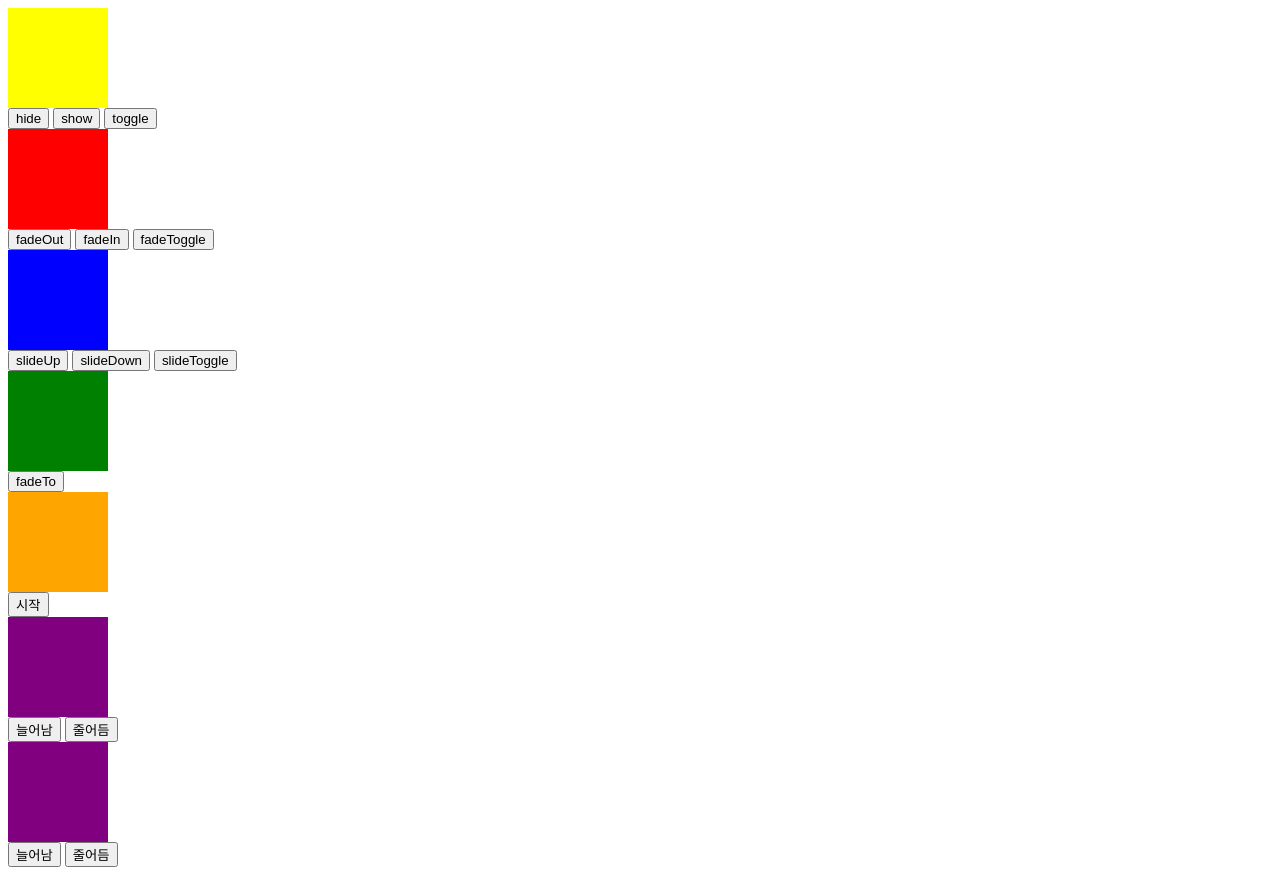
Repository: mjh1583/Hustar03_eGov
Page: http://localhost/JavaScript/js011.jsp
An editor plug-in stored every save of this project. The page is shown before and after the next save, followed by the edit.
The browser window is 1280 px wide. The pictures show the whole page.
The page is served by Tomcat 9.

Above is the page before, as saved 2021-05-07 01:41:37.

### workspace/JavaScript/src/main/webapp/js011.jsp
<%@ page language="java" contentType="text/html; charset=UTF-8"
    pageEncoding="UTF-8"%>
<!DOCTYPE html>
<html>
<head>
	<meta charset="UTF-8">
	<title>animation</title>
</head>
<body>
	<div>
		<div id="div1" style="width: 100px; height: 100px; background-color: yellow;"></div>
		<input type="button" id="btn1_1" value="hide"/>
		<input type="button" id="btn1_2" value="show"/>
		<input type="button" id="btn1_3" value="toggle"/>
	</div>

	<div>
		<div id="div2" style="width: 100px; height: 100px; background-color: red;"></div>
		<input type="button" id="btn2_1" value="fadeOut"/>
		<input type="button" id="btn2_2" value="fadeIn"/>
		<input type="button" id="btn2_3" value="fadeToggle"/>
	</div>

	<div>
		<div id="div3" style="width: 100px; height: 100px; background-color: blue;"></div>
		<input type="button" id="btn3_1" value="slideUp"/>
		<input type="button" id="btn3_2" value="slideDown"/>
		<input type="button" id="btn3_3" value="slideToggle"/>
	</div>

	<div>
		<div id="div4" style="width: 100px; height: 100px; background-color: green;"></div>
		<input type="button" id="btn4_1" value="fadeTo"/>
	</div>

	<div>
		<div id="div5" style="width: 100px; height: 100px; background-color: orange;"></div>
		<input type="button" id="btn5_1" value="시작"/>
	</div>

	<div>
		<div id="div6" style="width: 100px; height: 100px; background-color: purple;"></div>
		<input type="button" id="btn6_1" value="늘어남"/>
		<input type="button" id="btn6_2" value="줄어듬"/>
	</div>

	<div>
		<div id="div7" style="width: 100px; height: 100px; background-color: purple;"></div>
		<input type="button" id="btn7_1" value="늘어남"/>
		<input type="button" id="btn7_2" value="줄어듬"/>
	</div>



	<script src="https://code.jquery.com/jquery-3.6.0.js"></script>
	<script type="text/javascript">
		$('#btn1_1').bind('click', function() {
			$('#div1').hide(1000); //1000 : 1초 만에 숨김
		});

		$('#btn1_2').bind('click', function() {
			$('#div1').show(2000);
		});

		$('#btn1_3').bind('click', function() {
			$('#div1').toggle(500);
		});

		/* fade--- : 서서히 사라지거나 나타남 */
		$('#btn2_1').bind('click', function() {
			$('#div2').fadeOut();
		});

		$('#btn2_2').bind('click', function() {
			$('#div2').fadeIn();
		});

		$('#btn2_3').bind('click', function() {
			$('#div2').fadeToggle();
		});

		/* slide--- : 미끄러지듯 사라지거나 나타남 */
		$('#btn3_1').bind('click', function() {
			$('#div3').slideUp();
		});

		$('#btn3_2').bind('click', function() {
			$('#div3').slideDown();
		});

		$('#btn3_3').bind('click', function() {
			$('#div3').slideToggle();
		});

		/* fadeTo : 어느정도 사라질지 직접 결정 */
		$('#btn4_1').bind('click', function() {
			$('#div4').fadeTo(1000, 0.5, function() { //time, opacity(투명도), function
				alert("완료되었습니다.");
			});
		});

		/* 깜박이게 만듦 */
		$('#btn5_1').bind('click', function() {
			fn_hide();
		});

		function fn_hide() {
			$('#div5').fadeTo(500, 0, function() {
				fn_show();
			})
		}

		function fn_show() {
			$('#div5').fadeTo(500, 1, function() {
				fn_hide();
			})
		}

		/* animate : {css}, time, option, function */
		$('#btn6_1').bind('click', function() {
			$('#div6').animate({width: '1000px'}, 1000, 'linear', function() {

			});
		});

		$('#btn6_2').bind('click', function() {
			$('#div6').animate({width: '100px'}, 1000, 'linear', function() {

			});
		});
	</script>
</body>
</html>

After the next save:
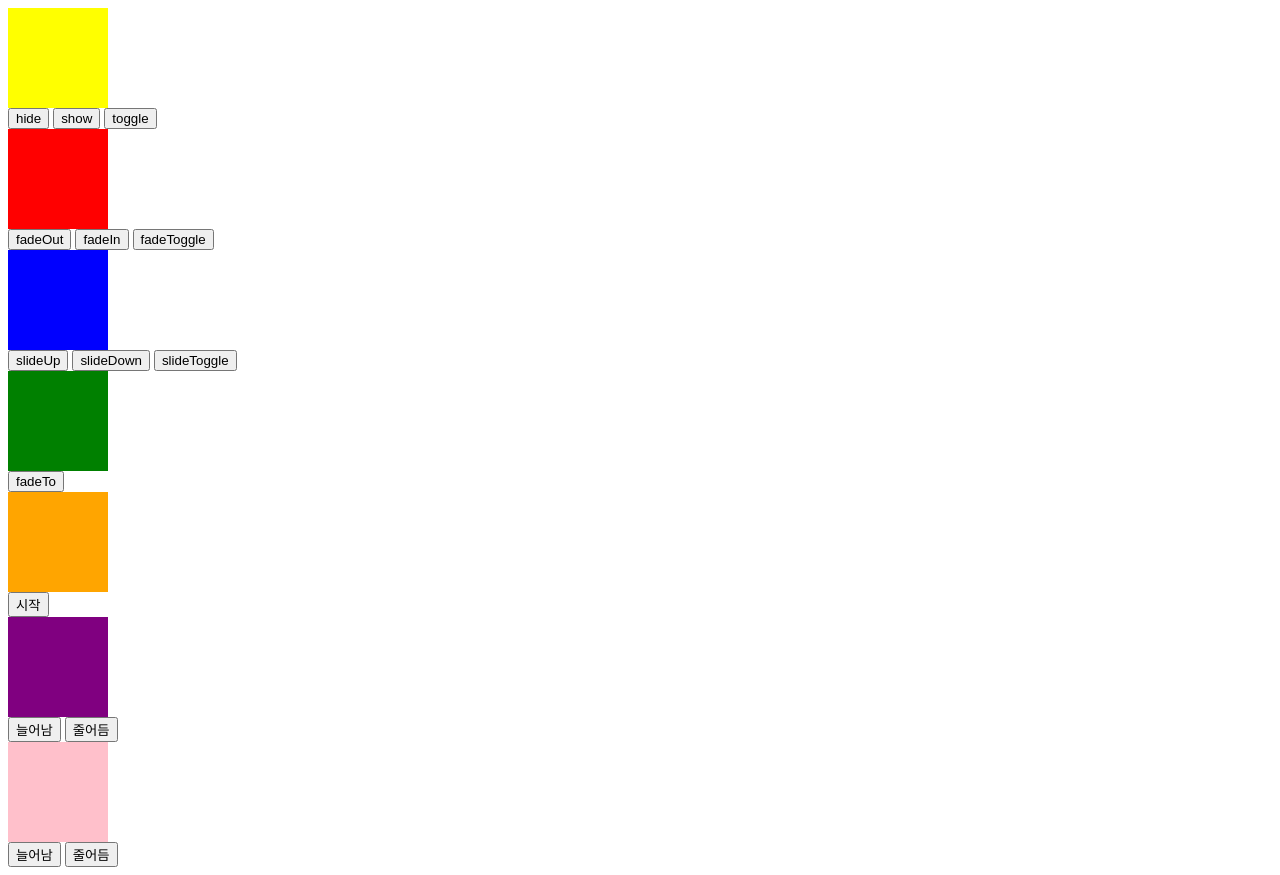
Saved 6 s later.
--- a/workspace/JavaScript/src/main/webapp/js011.jsp
+++ b/workspace/JavaScript/src/main/webapp/js011.jsp
@@ -45,7 +45,7 @@
 	</div>
 
 	<div>
-		<div id="div7" style="width: 100px; height: 100px; background-color: purple;"></div>
+		<div id="div7" style="width: 100px; height: 100px; background-color: pink;"></div>
 		<input type="button" id="btn7_1" value="늘어남"/>
 		<input type="button" id="btn7_2" value="줄어듬"/>
 	</div>
